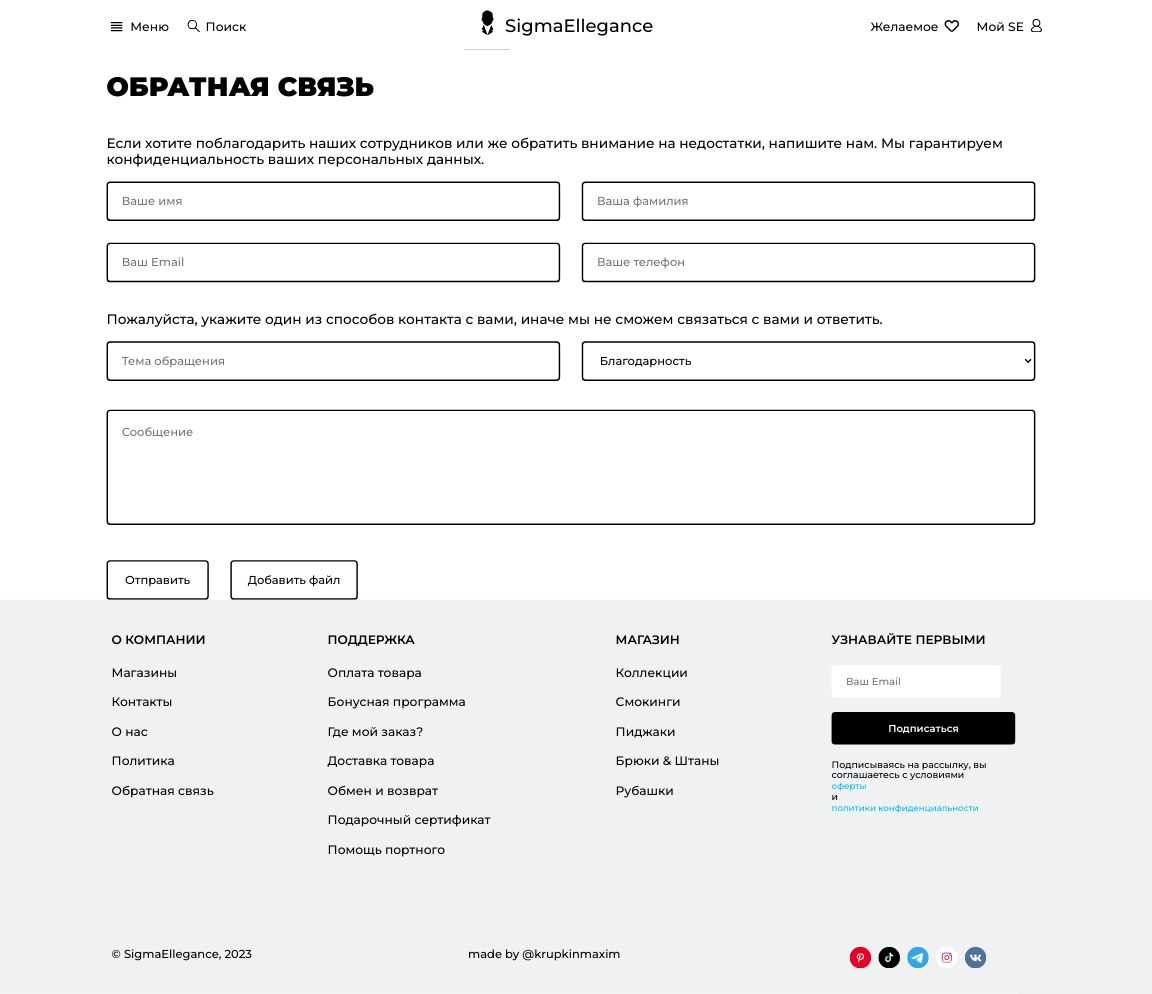
Repository: MaksimKrupkin/SigmaEllegance
Page: /feedback
An editor plug-in stored every save of this project. The page is shown before and after the next save, followed by the edit.
The browser window is 1280 px wide. The page is 1600 px wide, so the pictures cover 1600 px, including what lies to the right of the window. The pictures show the whole page, at 72% of full size.
Some web fonts or font styles are not loaded; a fallback is used. The project was rebuilt for these pictures with package versions that can differ from the ones it lists, and the page was loaded fresh each time. Also part of the build but not shown: src/Components/SideBar/SideBar.module.css, src/Components/SideBar/SideBar.jsx, src/Pages/HomePage.module.css, src/Components/SliderWrapper/SliderWrapper.module.css, src/Components/SliderCard/SliderCard.module.css, src/Components/SliderCard/SliderCard.jsx, src/Components/LeftArrow/LeftArrow.module.css, src/Components/LeftArrow/LeftArrow.jsx and 36 more.

Above is the page before, as saved 2023-12-20 18:56:30.

### public/index.html
<!DOCTYPE html>
<html lang="en">
  <head>
    <meta charset="utf-8" />

    <meta name="viewport" content="width=device-width, initial-scale=1" />
    <link rel="icon" type="image/png" href="./favicon.png" sizes="32x32" />
    <link rel="preconnect" href="https://fonts.googleapis.com" />
    <link rel="preconnect" href="https://fonts.gstatic.com" crossorigin />
    <link
      href="https://fonts.googleapis.com/css2?family=Roboto:wght@400;500;700&display=swap"
      rel="stylesheet" />
    <link
      href="https://fonts.googleapis.com/css2?family=Montserrat:ital,wght@0,300;0,500;0,600;0,900;1,400;1,500&family=Roboto:wght@400;500;700&display=swap"
      rel="stylesheet" />
    <link rel="preconnect" href="https://fonts.googleapis.com" />
    <link rel="preconnect" href="https://fonts.gstatic.com" crossorigin />
    <link
      href="https://fonts.googleapis.com/css2?family=Montserrat:wght@300&family=Roboto:wght@400;500;700&display=swap"
      rel="stylesheet" />
    <link href="https://fonts.cdnfonts.com/css/montserrat" rel="stylesheet" />
    <title>SigmaEllegance</title>
  </head>
  <body>
    <div id="root"></div>
  </body>
</html>

### src/index.js
import React from 'react';
import ReactDOM from 'react-dom/client';
import App from './App';
import { BrowserRouter } from 'react-router-dom';
import { Provider } from 'react-redux';
import { store } from './Redux/store';

const root = ReactDOM.createRoot(document.getElementById('root'));
root.render(
  <Provider store={store}>
    <React.StrictMode>
      <BrowserRouter>
        <App />
      </BrowserRouter>
    </React.StrictMode>
  </Provider>,
);

### src/Redux/store.js
import { configureStore } from '@reduxjs/toolkit';
import cart from './slices/cartSlice';

export const store = configureStore({
  reducer: {
    cart,
  },
});

### src/Components/Header/Header.jsx
import React from 'react';
import { useState } from 'react';
import { Link } from 'react-router-dom';
import styles from './Header.module.css';
import logo from '../../assets/img/logo.svg';
import icon1 from '../../assets/img/Icon1.svg';
import icon2 from '../../assets/img/icon2.svg';
import icon3 from '../../assets/img/icon3.svg';
import icon4 from '../../assets/img/icon4.svg';
import SideBar from '../SideBar/SideBar';
import Modal from '../Modal/Modal';
function Header({ handleOpenModal }) {
  const [toggleMenu, setToggleMenu] = useState(false);
  const HandleToggle = () => {
    setToggleMenu(!toggleMenu);
  };
  console.log(toggleMenu);

  return (
    <header className={styles.header}>
      <div className={styles.left_part}>
        <div onClick={HandleToggle} className={styles.menu}>
          <img className={styles.icon1} src={icon1} alt="" />
          <p>Меню</p>
        </div>
        {toggleMenu && <SideBar HandleToggle={HandleToggle} />}

        <Link to="/searchPage" className={styles.search}>
          <img className={styles.icon2} src={icon2} alt="" />
          <p>Поиск</p>
        </Link>
      </div>
      <Link to="/" className={styles.logo_part}>
        <img className={styles.logo} src={logo} alt="" />
        <p>SigmaEllegance</p>
      </Link>
      <div className={styles.right_part}>
        <Link to="/cart" className={styles.liked}>
          <p>Желаемое</p>
          <img className={styles.icon3} src={icon3} alt="" />
        </Link>
        <div onClick={handleOpenModal} className={styles.purchases}>
          <p>Мой SE</p>
          <img className={styles.icon4} src={icon4} alt="" />
        </div>
      </div>
    </header>
  );
}

export default Header;

### src/App.module.css
body {
  font-family: 'Montserrat', sans-serif;
  display: block;
  margin: 0 auto;
  padding: 0;
  width: 100%;
  position: relative;
  overflow-x: hidden;
}
.container {
  width: 1600px;
  display: block;
  margin: 0 auto;
}

*,
*::before,
*::after {
  box-sizing: border-box;
}

/* Links */

a,
a:link,
a:visited {
  text-decoration: none;
}

a:hover {
  text-decoration: none;
}

/* Common */

aside,
nav,
header,
section,
main {
  display: block;
}

h1,
h2,
h3,
h4,
h5,
h6,
p {
  font-size: inherit;
  font-weight: inherit;
}

ul,
ul li {
  list-style: none;
}

img {
  vertical-align: top;
}

img,
svg {
  max-width: 100%;
  height: auto;
}

address {
  font-style: normal;
}

/* Form */

input,
textarea,
button,
select {
  font-family: inherit;
  font-size: inherit;
  color: inherit;
  background-color: transparent;
}

input::-ms-clear {
  display: none;
}

button,
input[type='submit'] {
  display: inline-block;
  box-shadow: none;
  background-color: transparent;
  background: none;
  cursor: pointer;
}

input:focus,
input:active,
button:focus,
button:active {
  outline: none;
}

button::-moz-focus-inner {
  padding: 0;
  border: 0;
}

label {
  cursor: pointer;
}

legend {
  display: block;
}

### src/Components/Footer/Footer.jsx
import React from 'react';
import icon1 from '../../assets/img/pint.svg';
import icon2 from '../../assets/img/TT.svg';
import icon3 from '../../assets/img/TG.svg';
import icon4 from '../../assets/img/IG.svg';
import icon5 from '../../assets/img/VK.svg';
import styles from './Footer.module.css';
import { Link } from 'react-router-dom';

export default function Footer() {
  return (
    <footer className={styles.footer}>
      <div className={styles.column_1}>
        <div className={styles.column_title}>О компании</div>
        <Link className={styles.column_item}> Магазины</Link>
        <Link className={styles.column_item}>Контакты</Link>
        <Link className={styles.column_item}>О нас</Link>
        <Link className={styles.column_item}>Политика</Link>
        <Link to="./feedback" className={styles.column_item}>
          Обратная связь
        </Link>
      </div>
      <div className={styles.column_2}>
        <div className={styles.column_title}>Поддержка</div>
        <Link className={styles.column_item}> Оплата товара</Link>
        <Link className={styles.column_item}>Бонусная программа</Link>
        <Link className={styles.column_item}>Где мой заказ?</Link>
        <Link className={styles.column_item}>Доставка товара</Link>
        <Link className={styles.column_item}>Обмен и возврат</Link>
        <Link className={styles.column_item}>Подарочный сертификат</Link>
        <Link className={styles.column_item}>Помощь портного</Link>
      </div>
      <div className={styles.column_3}>
        <div className={styles.column_title}>Магазин</div>
        <Link className={styles.column_item}> Коллекции</Link>
        <Link className={styles.column_item}>Смокинги</Link>
        <Link className={styles.column_item}>Пиджаки</Link>
        <Link className={styles.column_item}>Брюки & Штаны</Link>
        <Link className={styles.column_item}>Рубашки</Link>
      </div>
      <div className={styles.footer_form}>
        <div className={styles.footer_form_title}>Узнавайте первыми</div>
        <form action={styles.text}>
          <input className={styles.footer_form_email} type="text" placeholder="Ваш Email" />
        </form>
        <div className={styles.footer_button}>
          <div className={styles.footer_link}>Подписаться</div>
        </div>
        <div className={styles.policy}>
          Подписываясь на рассылку, вы соглашаетесь с условиями{' '}
          <Link href="" className={styles.policy_link}>
            оферты
          </Link>{' '}
          и <a className={styles.policy_link}>политики конфиденциальности</a>{' '}
        </div>
      </div>
      <div className={styles.footer_border}>
        <img src="/img/Border.svg" alt="" />
      </div>
      <div className={styles.sigma_corp}>© SigmaEllegance, 2023</div>
      <div className={styles.made_by}>made by @krupkinmaxim</div>
      <div className={styles.social_networks}>
        <img className={styles.pintrest} src={icon1} alt="" />
        <img className={styles.tik_tok} src={icon2} alt="" />
        <img className={styles.telegram} src={icon3} alt="" />
        <img className={styles.instagram} src={icon4} alt="" />
        <img className={styles.vk} src={icon5} alt="" />
      </div>
    </footer>
  );
}

### src/Components/Modal/Modal.jsx
import React from 'react';
import styles from './Modal.module.css';

export default function Modal({ active, setActive }) {
  return (
    <div
      className={active ? `${styles.modal} ${styles.active}` : styles.modal}
      onClick={() => setActive(false)}>
      <div className={styles.modal_content} onClick={(e) => e.stopPropagation()}>
        <div className={styles.title}>Регистрация</div>
        <form className={styles.input_form} action="">
          <input className={styles.input} type="text" placeholder="Вашe имя" />
          <input className={styles.input} type="telephone" placeholder="Ваш телефон" />
          <input className={styles.input} type="email" placeholder="Ваш Email" />
          <button className={styles.input_btn} onClick={() => setActive(false)}>
            Отправить
          </button>
        </form>
      </div>
    </div>
  );
}

### src/Pages/Feedback/Feedback.jsx
import React from 'react';
import styles from './Feedback.module.css';

export default function Feedback() {
  return (
    <div className={styles.container_wrapper}>
      <div className={styles.container}>
        <h1 className={styles.title}>Обратная связь</h1>
        <p className={styles.paragraph}>
          Если хотите поблагодарить наших сотрудников или же обратить внимание на недостатки,
          напишите нам. Мы гарантируем конфиденциальность ваших персональных данных.
        </p>
        <div className={styles.inputs_wrapper}>
          <input placeholder="Ваше имя" className={styles.input} type="text" />
          <input placeholder="Ваша фамилия" className={styles.input} type="text" />
          <input placeholder="Ваш Email" className={styles.input} type="text" />
          <input placeholder="Ваше телефон" className={styles.input} type="text" />
        </div>
        <p className={styles.paragraph}>
          Пожалуйста, укажите один из способов контакта с вами, иначе мы не сможем связаться с вами
          и ответить.
        </p>
        <div className={styles.input_wrapper2}>
          <input className={styles.input} placeholder="Тема обращения" type="text" />
          <select className={styles.select} name="select">
            <option className={styles.select_option} value="value1" selected>
              Благодарность
            </option>
            <option className={styles.select_option} value="value2">
              Жалоба
            </option>
            <option className={styles.select_option} value="value3">
              Вопрос
            </option>
          </select>
        </div>
        <textarea
          className={styles.textarea}
          placeholder="Сообщение"
          name=""
          id=""
          cols="30"
          rows="10"></textarea>
        <button className={styles.button1}>Отправить</button>
        <button className={styles.button2}>Добавить файл</button>
      </div>
    </div>
  );
}

### src/Redux/slices/cartSlice.js
import { createSlice } from '@reduxjs/toolkit';

const initialState = {
  totalPrice: 0,
  items: [],
};

const cartSlice = createSlice({
  name: 'cart',
  initialState,
  reducers: {
    addItem(state, action) {
      const findItem = state.items.find((obj) => obj.image1 === action.payload.image1);
      if (findItem) {
        findItem.count++;
      } else {
        state.items.push({
          ...action.payload,
          count: 1,
        });
      }
      state.totalPrice = state.items.reduce((sum, obj) => {
        return obj.price * obj.count + sum;
      }, 0);
    },
    minusItem(state, action) {
      const findItem = state.items.find((obj) => obj.image1 === action.payload.image1);
      if (findItem) {
        findItem.count--;
      }
      state.totalPrice = state.items.reduce((sum, obj) => {
        return obj.price * obj.count + sum;
      }, 0);
    },
    removeItem(state, action) {
      state.items = state.items.filter((obj) => obj.image1 !== action.payload);
      state.totalPrice = state.items.reduce((sum, obj) => {
        return obj.price * obj.count + sum;
      }, 0);
    },
  },
});

export const { addItem, minusItem, removeItem } = cartSlice.actions;

export default cartSlice.reducer;

### src/Components/Header/Header.module.css
.header {
  font-family: 'Montserrat', sans-serif;
  margin: 0 auto;
  width: 100%;
  height: 10vh;
  display: flex;
  justify-content: space-around;
  align-items: center;
}

.left_part {
  display: flex;
  justify-content: space-between;
  align-items: center;
  gap: 25px;
  color: #000;
  margin-bottom: -2px;

  font-family: Montserrat;
  font-size: 17px;
  font-style: normal;
  font-weight: 500;
  line-height: normal;
}
.menu {
  display: flex;
  justify-content: space-between;
  align-items: center;
  gap: 8px;
  cursor: pointer;
}
.menu:hover {
  color: rgb(80, 77, 77);
}
.icon1 {
  width: 22px;
  height: 22px;
  margin-bottom: 1px;
}
.search {
  display: flex;
  justify-content: space-between;
  align-items: center;
  gap: 8px;
  cursor: pointer;
  color: black;
}

.search:hover {
  color: rgb(80, 77, 77);
}
.icon2 {
  width: 18px;
  height: 18px;
  margin-bottom: 3px;
}

.logo_part {
  margin-bottom: 3px;
  display: flex;
  justify-content: space-between;
  align-items: center;

  color: #000;

  font-family: Montserrat;
  font-size: 25px;
  font-style: normal;
  font-weight: 400;
  line-height: normal;
  cursor: pointer;
}

.logo {
  width: 67.375px;
  height: 69.103px;
  flex-shrink: 0;
  margin-right: -10px;
}
.right_part {
  margin-bottom: -2px;
  display: flex;
  justify-content: space-between;
  align-items: center;
  gap: 23px;
  font-family: Montserrat;
  font-size: 17px;
  font-style: normal;
  font-weight: 500;
  line-height: normal;
}

.liked {
  color: black;
  display: flex;
  justify-content: space-between;
  align-items: center;
  gap: 8px;
  cursor: pointer;
}
.liked:hover {
  color: rgb(80, 77, 77);
}
.icon3 {
  width: 22px;
  height: 22px;
  margin-bottom: 3px;
}

.purchases {
  color: black;
  display: flex;
  justify-content: space-between;
  align-items: center;
  gap: 8px;
  cursor: pointer;
}
.purchases:hover {
  color: rgb(80, 77, 77);
}

.icon4 {
  width: 19px;
  height: 19px;
  margin-bottom: 3px;
}

### src/Components/Footer/Footer.module.css
.footer {
  background-color: #eff1f3;
  width: 1600px;
  height: 547px;
  position: absolute;
  overflow-y: hidden;
  margin-top: 0px;
}
a {
  display: block;
}

.column_1 {
  position: absolute;
  top: 45px;
  left: 155px;
}

.column_2 {
  position: absolute;
  top: 45px;
  left: 455px;
}

.column_3 {
  position: absolute;
  top: 45px;
  left: 855px;
}
.column_title {
  font-style: normal;
  font-weight: 600;
  font-size: 17px;
  line-height: 21px;
  text-transform: uppercase;
  color: #000000;
  margin-bottom: 25px;
}

.column_item {
  font-family: 'Montserrat';
  font-style: normal;
  font-weight: 400;
  font-size: 17px;
  line-height: 21px;
  color: #000000;
  margin-bottom: 20px;
  cursor: pointer;
}

.footer_form {
  position: absolute;
  top: 45px;
  left: 1155px;
}

.footer_form_title {
  font-style: normal;
  font-weight: 600;
  font-size: 17px;
  line-height: 21px;
  text-transform: uppercase;
  color: #000000;
  margin-bottom: 25px;
}
.footer {
  opacity: 1;
}
.footer_form_email {
  width: 235px;
  height: 45px;
  background-color: white;
  border: none;
  border-radius: 5px;
  font-style: normal;
  font-weight: 400;
  font-size: 14px;
  line-height: 17px;
  padding-left: 20px;
  color: rgba(0, 0, 0, 0.4);
}
.footer_form_email:focus {
  border: 2px solid black;
}

.footer_button {
  margin-top: 20px;
  margin-bottom: 20px;
  width: 255px;
  background-color: #000000;
  border-radius: 5px;
  text-align: center;
  font-style: normal;
  font-weight: 600;
  font-size: 14px;
  line-height: 45px;
  color: #ffffff;
  cursor: pointer;
}
.footer_link {
  color: #ffffff;
}

.policy {
  width: 254px;
  font-style: normal;
  font-weight: 400;
  font-size: 13px;
  line-height: 15px;
  color: #000000;
}
.policy_link {
  font-style: normal;
  font-weight: 400;
  font-size: 12px;
  line-height: 15px;
  color: #00bfed;
}

.footer_border {
  position: absolute;
  bottom: 120px;
}

.sigma_corp {
  position: absolute;
  left: 155px;
  bottom: 45px;

  font-weight: 500;
}

.made_by {
  position: absolute;
  left: 650px;
  bottom: 45px;
  font-weight: 500;
}

.social_networks {
  position: absolute;
  left: 1180px;
  bottom: 35px;
}
.pintrest {
  width: 30px;
  height: 30px;
  margin-right: 10px;
  transition: all 0.1s ease-in;
  cursor: pointer;
}
.pintrest:hover {
  width: 35px;
  height: 35px;
  transform: translateY(-3px);
}
.tik_tok {
  width: 30px;
  height: 30px;
  margin-right: 10px;
  transition: all 0.1s ease-in;
  cursor: pointer;
}
.tik_tok:hover {
  width: 35px;
  height: 35px;
  transform: translateY(-3px);
}
.telegram {
  width: 30px;
  height: 30px;
  margin-right: 10px;
  transition: all 0.1s ease-in;
  cursor: pointer;
}
.telegram:hover {
  width: 35px;
  height: 35px;
  transform: translateY(-3px);
}
.instagram {
  width: 30px;
  height: 30px;
  margin-right: 10px;
  transition: all 0.1s ease-in;
  cursor: pointer;
}
.instagram:hover {
  width: 35px;
  height: 35px;
  transform: translateY(-3px);
}
.vk {
  width: 30px;
  height: 30px;
  margin-right: 10px;
  transition: all 0.1s ease-in;
  cursor: pointer;
}
.vk:hover {
  width: 35px;
  height: 35px;
  transform: translateY(-3px);
}

### src/Components/Modal/Modal.module.css
.modal {
  width: 100vw;
  height: 100vh;
  background-color: rgba(0, 0, 0, 0.3);
  position: fixed;
  top: 0;
  left: 0;
  display: flex;
  align-items: center;
  justify-content: center;
  transform: scale(0);
}
.modal.active {
  transform: scale(1);
}
.modal_content {
  padding: 20px;
  border-radius: 10px;
  width: 496px;
  height: 490px;
  background-color: white;
  display: flex;
  flex-direction: column;
  align-items: center;
  justify-content: space-around;

  margin: 0;
}
.title {
  margin-top: -50px;
  margin-bottom: -100px;
  font-size: 30px;
  font-weight: 500;
  text-transform: uppercase;
}
.input_form {
  margin: 0;
  display: flex;
  flex-direction: column;
  align-items: center;
  justify-content: space-between;
  gap: 30px;
}
.input {
  width: 300px;
  height: 38px;
  border-radius: 5px;

  border: 2px solid rgb(42, 37, 37);
  padding: 10px;
}

.input_btn {
  margin-bottom: -30px;
  width: 180px;
  height: 50px;
  font-weight: 500;
  font-size: 22px;
  border: 2px solid rgb(42, 37, 37);
  display: flex;
  justify-content: center;
  align-items: center;
  border-radius: 5px;
  transition: all 0.15s ease-out;
  background-color: white;
  color: black;
  position: relative;
  overflow: hidden;
  cursor: pointer;
}
.input_btn:hover {
  background-color: black;
  color: white;
}

### src/Pages/Feedback/Feedback.module.css
.container_wrapper {
  width: 1586px;

  display: flex;
  flex-direction: column;
  justify-content: center;
  align-items: center;
}
.container {
  width: 1290px;
}
.title {
  color: #000;
  font-family: Montserrat;
  font-size: 37px;
  font-style: normal;
  font-weight: 700;
  line-height: normal;
  text-transform: uppercase;
  margin-bottom: 45px;
}
.paragraph {
  color: #000;

  font-family: Montserrat;
  font-size: 19px;
  font-style: normal;
  font-weight: 400;
  line-height: normal;
}
.inputs_wrapper {
  width: 100%;
  display: flex;
  justify-content: space-between;
  align-items: center;
  flex-wrap: wrap;
  gap: 30px;
  margin-bottom: 40px;
}
.input {
  padding: 19px;
  margin: 0;
  width: 630px;
  height: 55px;
  border-radius: 5px;
  border: 2px solid #000;
}
.input_wrapper2 {
  width: 100%;
  display: flex;
  justify-content: space-between;
  align-items: center;
  flex-wrap: wrap;
  gap: 30px;
  margin-bottom: 40px;
}
.select {
  display: flex;
  align-items: center;
  padding-left: 19px;
  width: 630px;
  height: 55px;
  border-radius: 5px;
  border: 2px solid #000;

  background: #fff;
}
.select_option {
  width: 630px;
  height: 55px;
}
.textarea {
  padding: 19px;
  resize: none;
  width: 100%;
  height: 160px;
  border-radius: 5px;
  border: 2px solid #000;
  margin-bottom: 45px;
}
.button1 {
  font-weight: 500;
  width: 142px;
  height: 55px;
  border-radius: 5px;
  border: 2px solid #000;
  margin-right: 30px;
}

.button2 {
  font-weight: 500;
  width: 177px;
  height: 55px;
  border-radius: 5px;
  border: 2px solid #000;
}

### src/Pages/Cart/EmptyCart/EmptyCart.module.css
.emptycart {
  width: 100%;
  height: 90vh;
  display: flex;
  flex-direction: column;
  justify-content: center;
  align-items: center;
}
h1 {
  font-size: 40px;
  font-weight: 500;
}

Loaded but not shown: src/App.js (59 lines, source omitted)

After the next save:
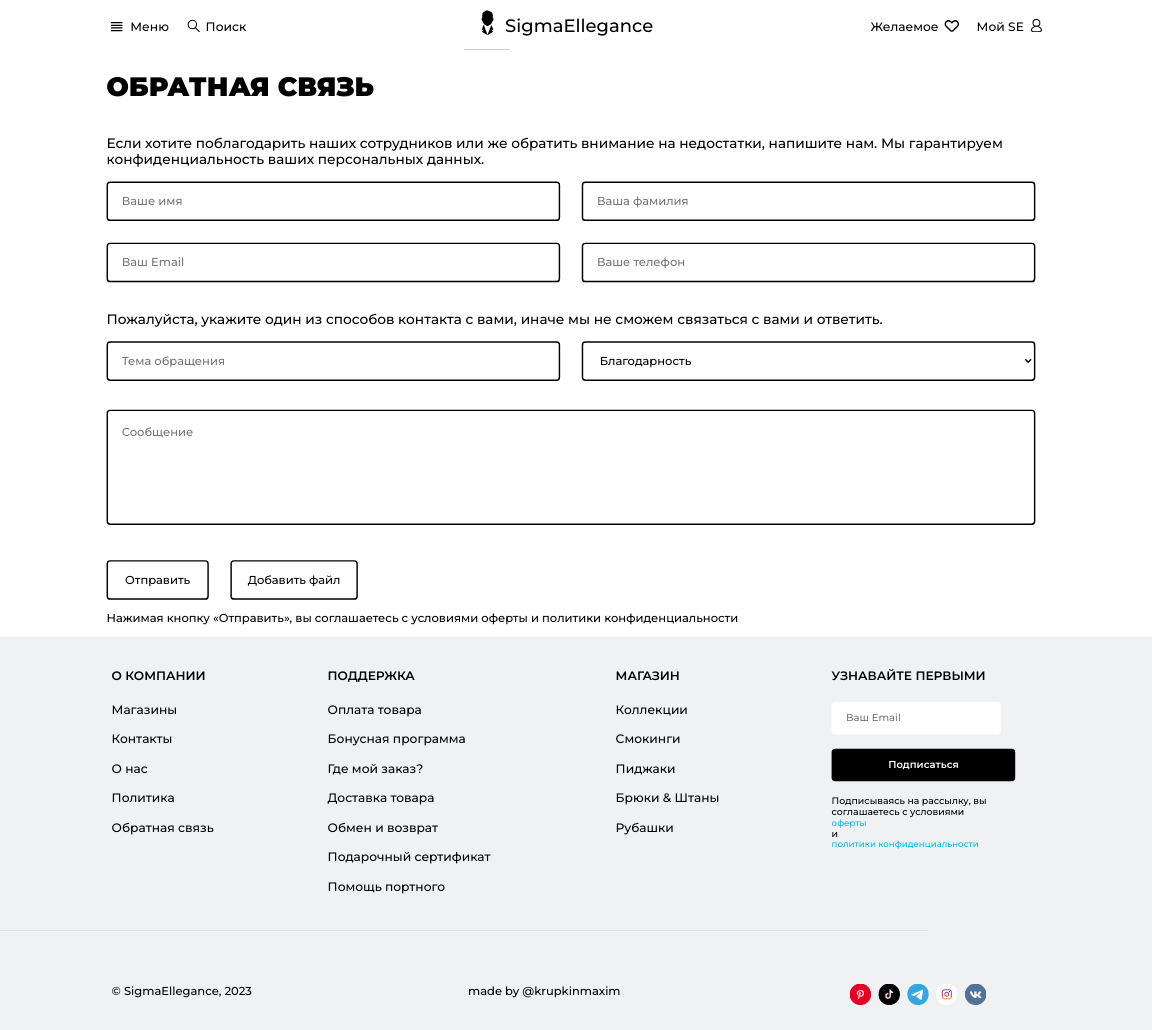
Saved 2 min 16 s later.
--- a/src/Pages/Feedback/Feedback.jsx
+++ b/src/Pages/Feedback/Feedback.jsx
@@ -43,6 +43,10 @@ export default function Feedback() {
           rows="10"></textarea>
         <button className={styles.button1}>Отправить</button>
         <button className={styles.button2}>Добавить файл</button>
+        <p className={styles.subparagraph}>
+          Нажимая кнопку «Отправить», вы соглашаетесь с условиями оферты и политики
+          конфиденциальности
+        </p>
       </div>
     </div>
   );
